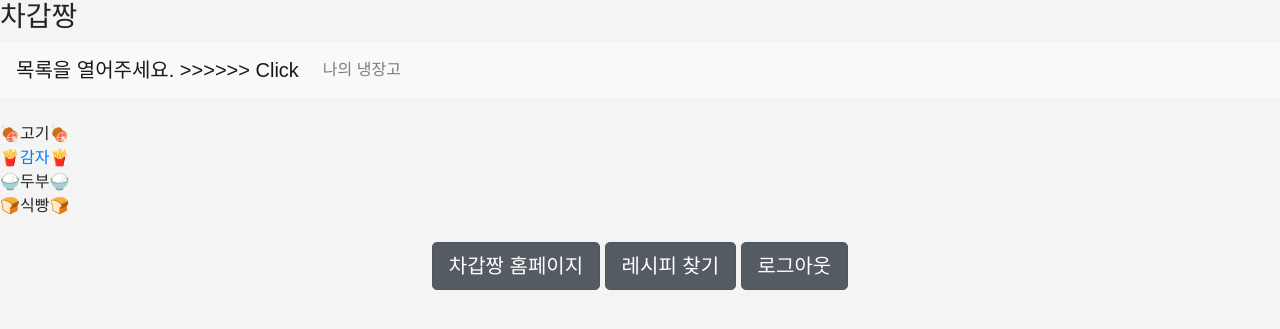
Repository: yousunning/coldzzang-miniproject
Page: http://localhost/cold/WEB-INF/views/myRefrigerator.jsp
The author's editor kept a copy of each file at every save. The page is drawn from the files as they stood at one save, then again after the next save.
The browser window is 1280 px wide. The pictures show the whole page.
The page is served by Tomcat 9. Nobody is signed in. The template is opened directly, without the code that normally fills it, so the values that code supplies are empty.

Above is the page before, as saved 2024-01-23 08:27:46.

After the next save:
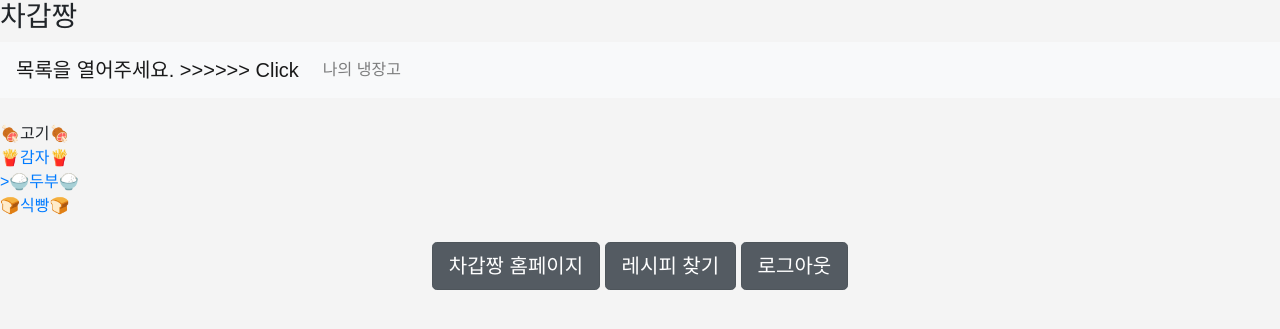
Saved 14 s later.
--- a/cold/src/main/webapp/WEB-INF/views/myRefrigerator.jsp
+++ b/cold/src/main/webapp/WEB-INF/views/myRefrigerator.jsp
@@ -42,7 +42,7 @@
   </tr>
            <tr><br>
 
- <td>🍚두부🍚</td>
+ <td><a href="/food/List/recipe">>🍚두부🍚</td>
 
   </tr>
            <tr><br>
